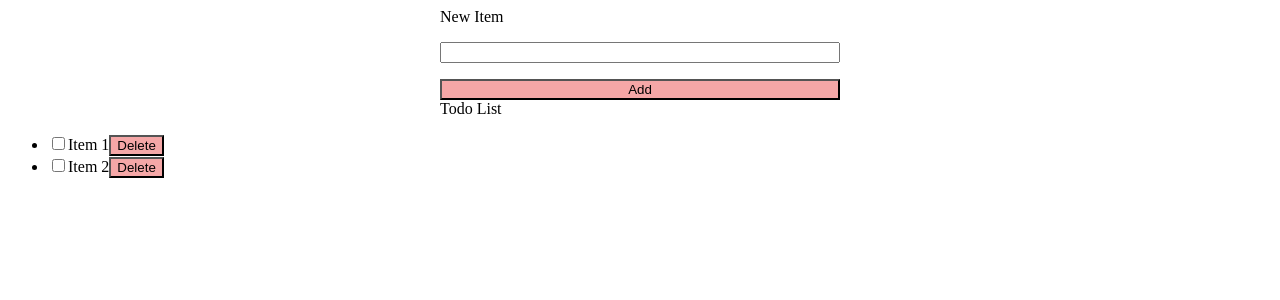
Repository: emmanuel2011-program/react-to-do-list
Page: /
These files come from the project's save history. The page is drawn as it stood at one moment and after a run of saves; the edit follows.
The browser window is 1280 px wide. The pictures show the whole page.
The project was rebuilt for these pictures with package versions that can differ from the ones it lists, and the page was loaded fresh each time. Also part of the build but not shown: vite.config.js.

Above is the page before, as saved 2025-11-03 10:06:37.

After the next 2 saves:
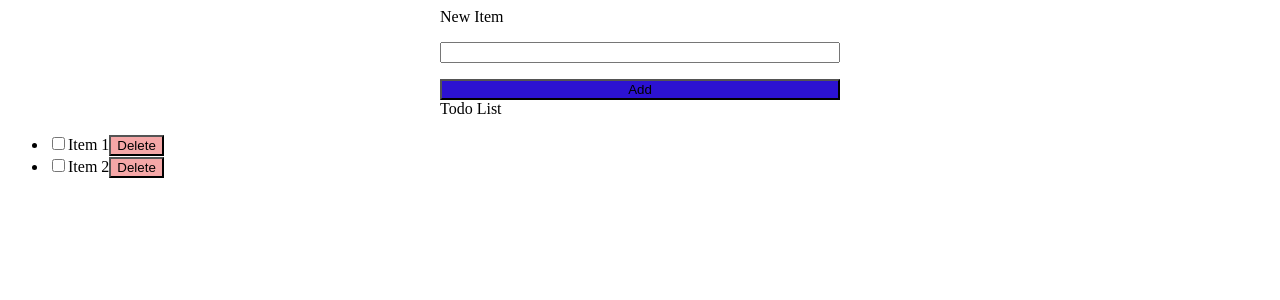
The 2 saves are shown as one change because they came seconds apart.
The last was saved 7 s later.
--- a/src/styles.css
+++ b/src/styles.css
@@ -11,7 +11,7 @@
     background-color: rgb(245, 167, 167);
 }
 .btn {
-    background-color: rgb(245, 167, 167);
+    background-color: rgb(44, 18, 210);
 }
 
 .form-row {
